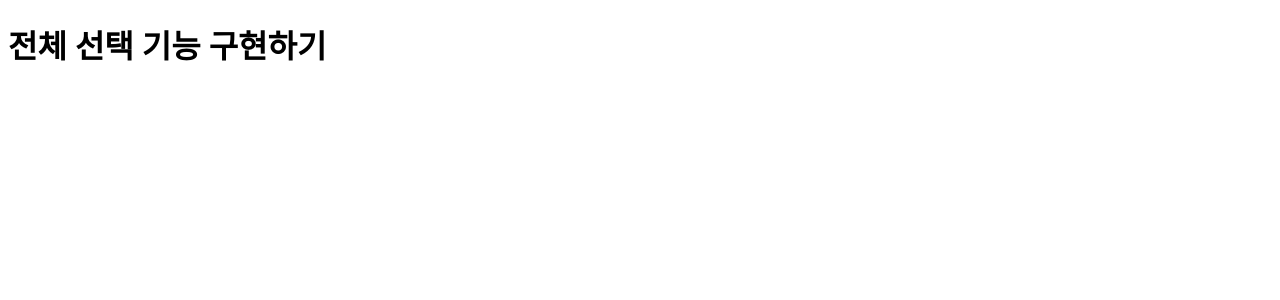
Repository: ssummini/Web
Page: jQuery/src/main/webapp/03_jQueryAttr/exam03.html
The author's editor kept a copy of each file at every save. The page is drawn from the files as they stood at one save, then again after the next save.
The browser window is 1280 px wide. The pictures show the whole page.

Above is the page before, as saved 2024-08-23 05:18:24.

### jQuery/src/main/webapp/03_jQueryAttr/exam03.html
<!DOCTYPE html>
<html>
<head>
<meta charset="UTF-8">
<title>Insert title here</title>
</head>
<body>
	<h1>전체 선택 기능 구현하기</h1>
<script type="text/javascript" src="http://code.jquery.com/jquery-3.7.1.min.js"></script>
<script type="text/javascript">
$(function () {});
</script>
</body>
</html>

After the next save:
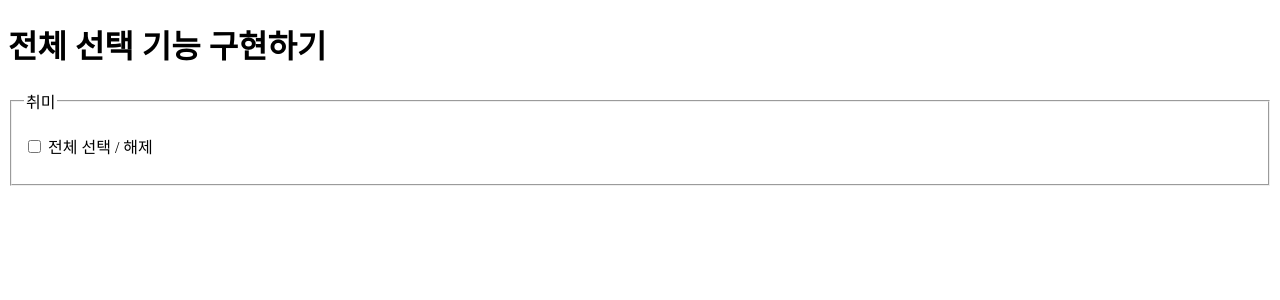
Saved 85 s later.
--- a/jQuery/src/main/webapp/03_jQueryAttr/exam03.html
+++ b/jQuery/src/main/webapp/03_jQueryAttr/exam03.html
@@ -6,6 +6,15 @@
 </head>
 <body>
 	<h1>전체 선택 기능 구현하기</h1>
+	<form name="form1">
+		<fieldset>
+			<legend>취미</legend>
+			<p>
+				<input type="checkbox" id="all_check" value="Y" />
+				<label for="all_check">전체 선택 / 해제</label>
+			</p>
+		</fieldset>
+	</form>
 <script type="text/javascript" src="http://code.jquery.com/jquery-3.7.1.min.js"></script>
 <script type="text/javascript">
 $(function () {});
